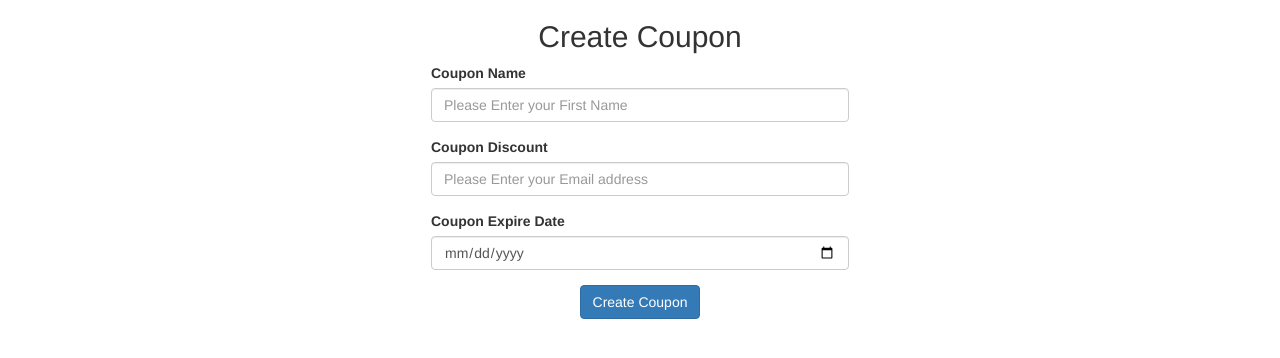
Repository: krutishilp/Sample
Page: http://localhost/couponandproductproject/createProduct.jsp
These files come from the project's save history. The page is drawn as it stood at one moment and after the next save; the edit follows.
The browser window is 1280 px wide. The pictures show the whole page.
The page is served by Tomcat 9. Other server files are loaded and not shown.

Above is the page before, as saved 2020-09-04 06:36:25.

### JAVA-Eclipse-workspace/couponandproductproject/src/main/webapp/createProduct.jsp
<!DOCTYPE html>
<html>
<head>
<meta charset="ISO-8859-1">
<title>Create Coupon</title>
<link rel="stylesheet"
	href="https://maxcdn.bootstrapcdn.com/bootstrap/3.3.7/css/bootstrap.min.css"
	integrity="sha384-BVYiiSIFeK1dGmJRAkycuHAHRg32OmUcww7on3RYdg4Va+PmSTsz/K68vbdEjh4u"
	crossorigin="anonymous">
<style type="text/css">
.container {
	width: 35%;
	align-content: center;
}
</style>

</head>
<body>
	<div class="container">

		<form action="coupon" method="post">
			<h2 class="text-center">Create Coupon</h2>

			<div class="form-group">
				<label for="couponname">Coupon Name</label> <input type="text"
					class="form-control" name="couponName" id="couponname" required
					placeholder="Please Enter your First Name">
			</div>

			<!-- <div class="form-group">
				<label for="cdescription">Coupon Description</label> <input type="text"
					class="form-control" name="couponDescription" id="cdescription" required
					placeholder="Please Enter your Last Name">
			</div> -->

			<div class="form-group">
				<label for="coupondiscount">Coupon Discount</label> <input type="number"
					class="form-control" name="couponDiscount" id="coupondiscount" required
					placeholder="Please Enter your Email address">
			</div>

			<div class="form-group">
				<label for="couponEXPDate">Coupon Expire Date</label> <input type="date"
					class="form-control" name="couponExpiryDate" id="couponEXPDate" required>
			</div>
			<div class="form-group">
				<input type="hidden"
					class="form-control" name="action" value="createCoupon" required>
			</div>
			<div class="text-center">
				<input type="submit" class="btn btn-primary"
					value="Create Coupon">
			</div>
		</form>
	</div>

</body>
</html>

After the next save:
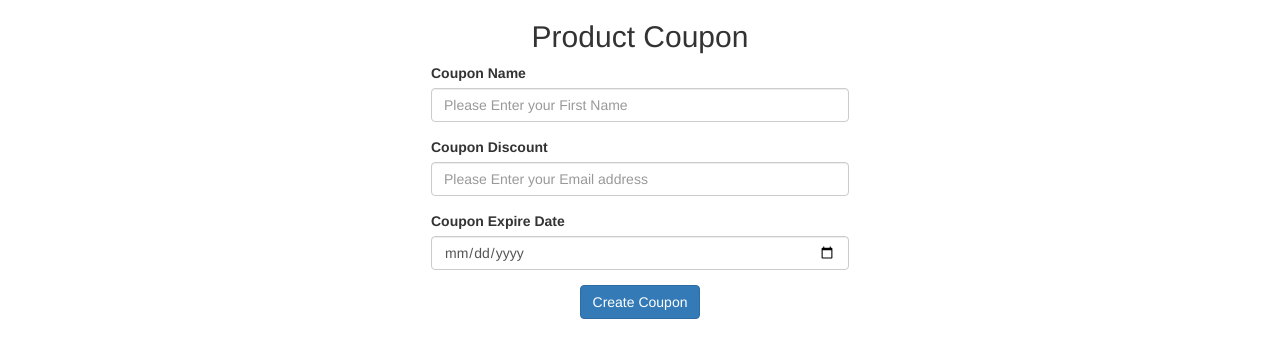
Saved 65 s later.
--- a/JAVA-Eclipse-workspace/couponandproductproject/src/main/webapp/createProduct.jsp
+++ b/JAVA-Eclipse-workspace/couponandproductproject/src/main/webapp/createProduct.jsp
@@ -18,8 +18,8 @@
 <body>
 	<div class="container">
 
-		<form action="coupon" method="post">
-			<h2 class="text-center">Create Coupon</h2>
+		<form action="product" method="post">
+			<h2 class="text-center">Product Coupon</h2>
 
 			<div class="form-group">
 				<label for="couponname">Coupon Name</label> <input type="text"
